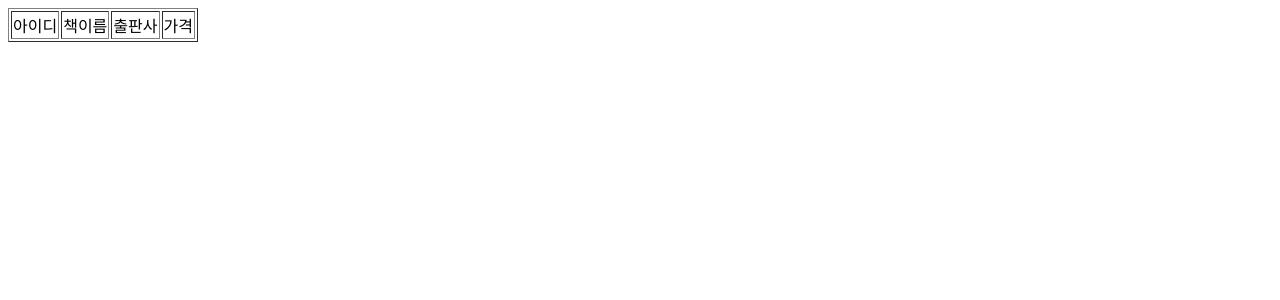
Repository: Idooru/academy_servlet
Page: http://localhost/pro07/book
These files come from the project's save history. The page is drawn as it stood at one moment and after the next save; the edit follows.
The browser window is 1280 px wide. The pictures show the whole page.
The page is served by Tomcat 9. Other server files are loaded and not shown. Queries for data that is not in the repository find no rows.

Above is the page before, as saved 2023-09-06 07:22:20.

### pro07/src/sec01/ex01/BookSearchServlet.java
package sec01.ex01;

import java.io.IOException;
import java.io.PrintWriter;
import java.util.List;

import javax.servlet.ServletException;
import javax.servlet.annotation.WebServlet;
import javax.servlet.http.HttpServlet;
import javax.servlet.http.HttpServletRequest;
import javax.servlet.http.HttpServletResponse;

/**
 * Servlet implementation class BookSearchServlet
 */
@WebServlet("/book")
public class BookSearchServlet extends HttpServlet {
	private static final long serialVersionUID = 1L;

	protected void doGet(HttpServletRequest request, HttpServletResponse response)
			throws ServletException, IOException {
		request.setCharacterEncoding("UTF-8");
		response.setContentType("text/html;charset=utf-8");

		BookDAO dao = new BookDAO();
		BookVO vo = new BookVO();

		String bookName = request.getParameter("bookName");
		vo.setBookName(bookName);
		List<BookVO> bookList = dao.searchBook(vo);

		PrintWriter out = response.getWriter();

		if (bookList.size() == 0) {}

		out.print("<table border=1><tr>");
		out.print("<td>아이디</td><td>책이름</td><td>출판사</td><td>가격</td>");
	}

}

### pro07/src/sec01/ex01/DBInitializer.java
package sec01.ex01;

import java.sql.Connection;
import java.sql.PreparedStatement;

import javax.naming.Context;
import javax.naming.InitialContext;
import javax.sql.DataSource;

public class DBInitializer {

	protected DataSource dataFactory;
	protected Connection conn;
	protected PreparedStatement pstmt;

	protected DBInitializer() {
		try {
			Context ctx = new InitialContext();
			Context envContext = (Context) ctx.lookup("java:/comp/env");
			dataFactory = (DataSource) envContext.lookup("jdbc/test");
		} catch (Exception e) {
			e.printStackTrace();
		}
	}
}

### pro07/src/sec01/ex01/BookDAO.java
package sec01.ex01;

import java.sql.ResultSet;
import java.util.ArrayList;
import java.util.List;

public class BookDAO extends DBInitializer {

	public BookDAO() {
		super();
	}

	public List<BookVO> searchBook(BookVO vo) {
		List<BookVO> bookList = new ArrayList<BookVO>();

		try {
			conn = dataFactory.getConnection();
			String query = "SELECT * FROM books WHERE book_name LIKE concat('%', ?, '%')";
			pstmt = conn.prepareStatement(query);
			pstmt.setString(1, vo.getBookName());
			ResultSet rs = pstmt.executeQuery();

			while (rs.next()) {
				String bookId = rs.getString("book_id");
				String bookName = rs.getString("book_name");
				String bookCompany = rs.getString("book_company");
				int bookPrice = rs.getInt("book_price");

				vo.setBookId(bookId);
				vo.setBookName(bookName);
				vo.setBookCompany(bookCompany);
				vo.setBookPrice(bookPrice);

				bookList.add(vo);
			}
			rs.close();
			pstmt.close();
			conn.close();
		} catch (Exception e) {
			e.printStackTrace();
		}

		return bookList;
	}

}

### pro07/src/sec01/ex01/BookVO.java
package sec01.ex01;

public class BookVO {

	private String bookId;
	private String bookName;
	private String bookCompany;
	private int bookPrice;

	public String getBookId() {
		return bookId;
	}

	public void setBookId(String bookId) {
		this.bookId = bookId;
	}

	public String getBookName() {
		return bookName;
	}

	public void setBookName(String bookName) {
		this.bookName = bookName;
	}

	public String getBookCompany() {
		return bookCompany;
	}

	public void setBookCompany(String bookCompany) {
		this.bookCompany = bookCompany;
	}

	public int getBookPrice() {
		return bookPrice;
	}

	public void setBookPrice(int bookPrice) {
		this.bookPrice = bookPrice;
	}

	@Override
	public String toString() {
		return "BookVO [bookId=" + bookId + ", bookName=" + bookName + ", bookCompany=" + bookCompany + ", bookPrice="
				+ bookPrice + "]";
	}

}

After the next save:
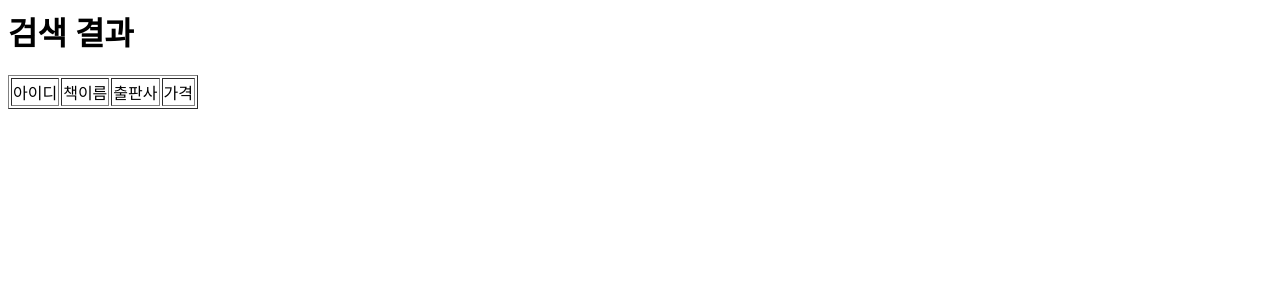
Saved 29 s later.
--- a/pro07/src/sec01/ex01/BookSearchServlet.java
+++ b/pro07/src/sec01/ex01/BookSearchServlet.java
@@ -31,6 +31,8 @@ public class BookSearchServlet extends HttpServlet {
 
 		PrintWriter out = response.getWriter();
 
+		out.print("<h1>검색 결과</h1>");
+
 		if (bookList.size() == 0) {}
 
 		out.print("<table border=1><tr>");
